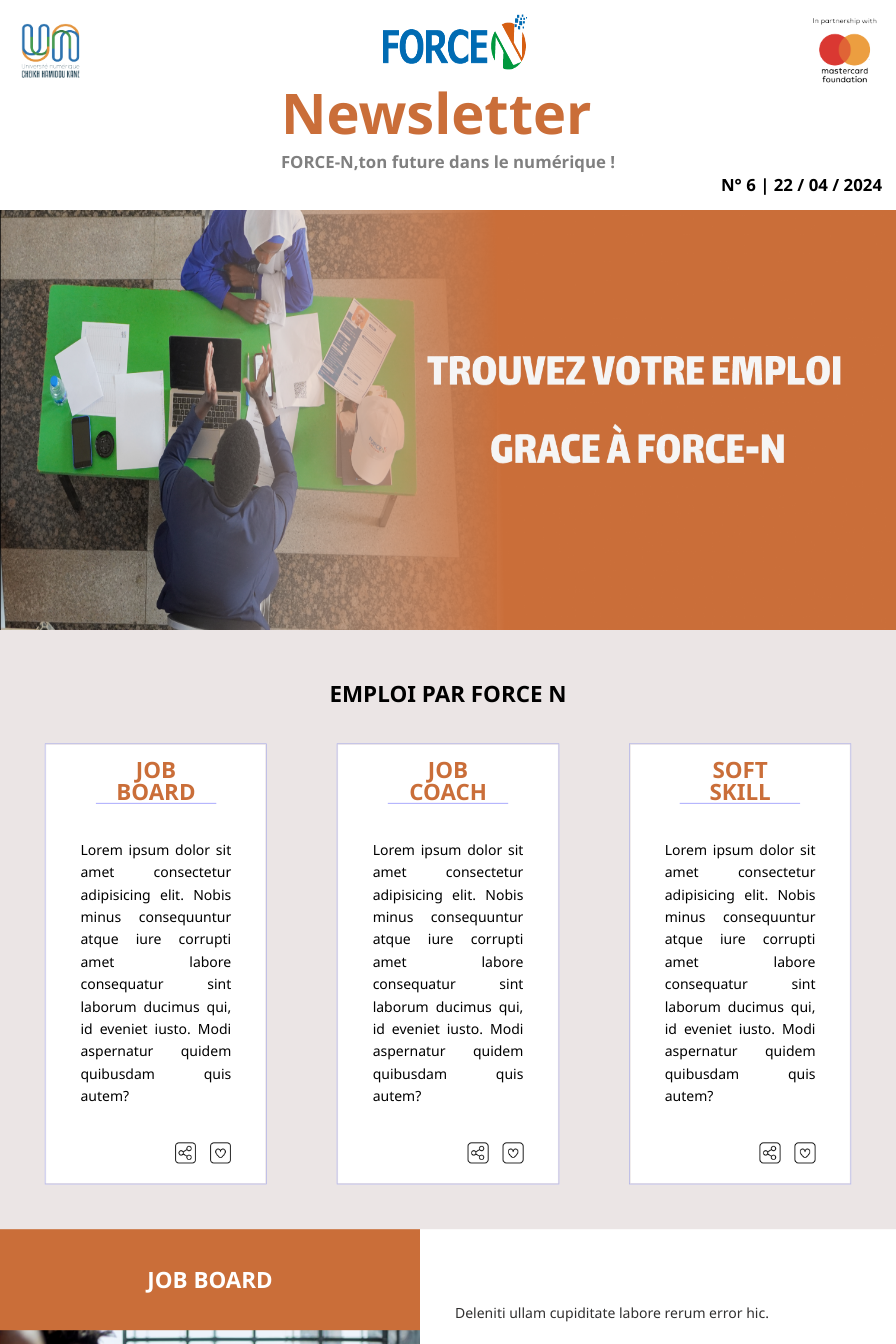
Repository: Ken-dia/newsletters_force_n
Page: index.html
The author's editor kept a copy of each file at every save. The page is drawn from the files as they stood at one save, then again after the next save.
The browser window is 1280 px wide. The pictures show the part of the page from y = 0 to 1920 px (the page is 8914 px tall), at 70% of full size.

Above is the page before, as saved 2024-04-23 10:53:34.

After the next save:
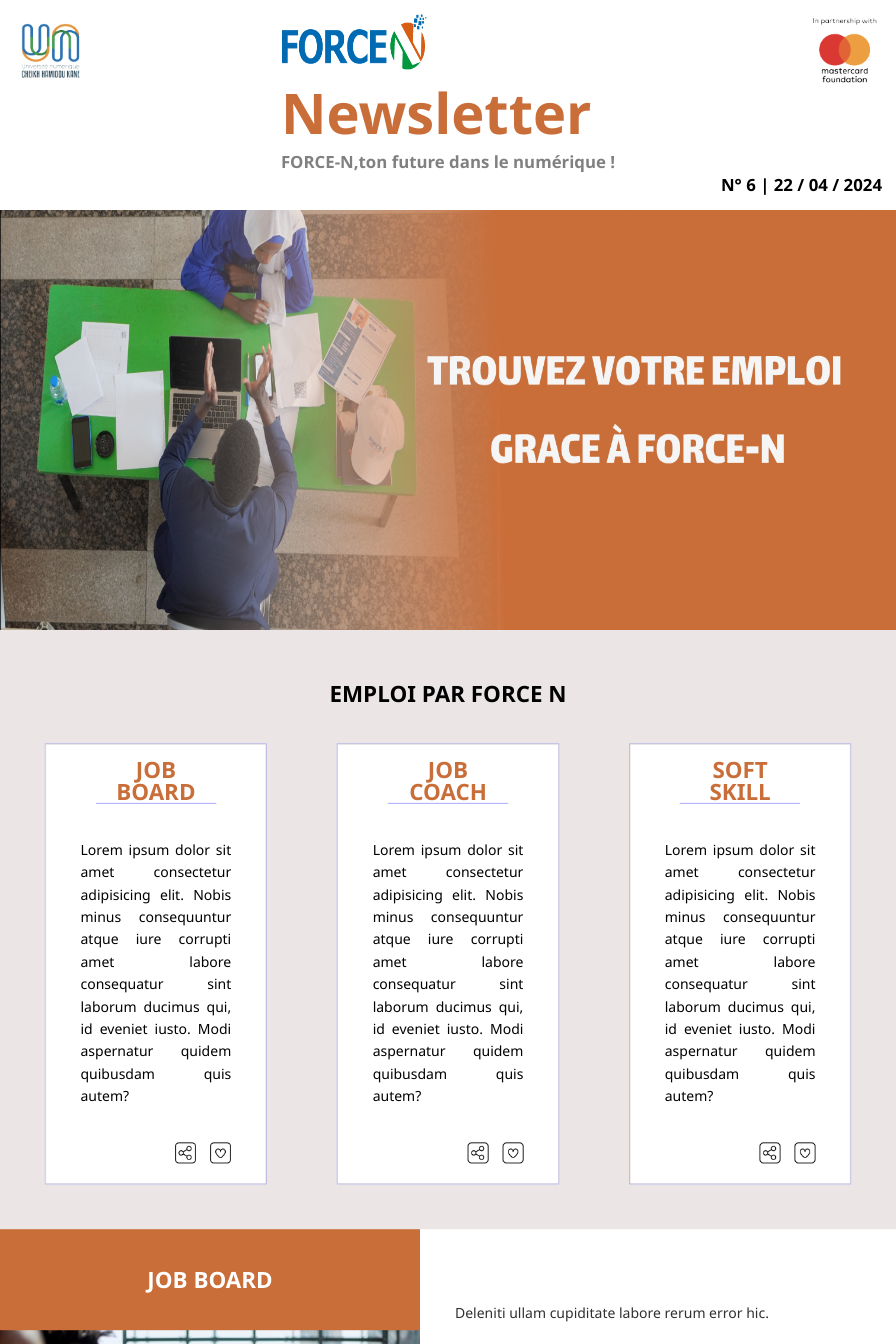
Saved 8 s later.
--- a/styles.css
+++ b/styles.css
@@ -21,9 +21,9 @@
     font-size: 1.5rem;
     font-weight: 950;
 }
-.logo_force_n {
-    margin-left: 30%;
-}
+/* .logo_force_n {
+    margin-left: 8%;
+} */
 .day {
     display: flex;
     justify-content: end;
